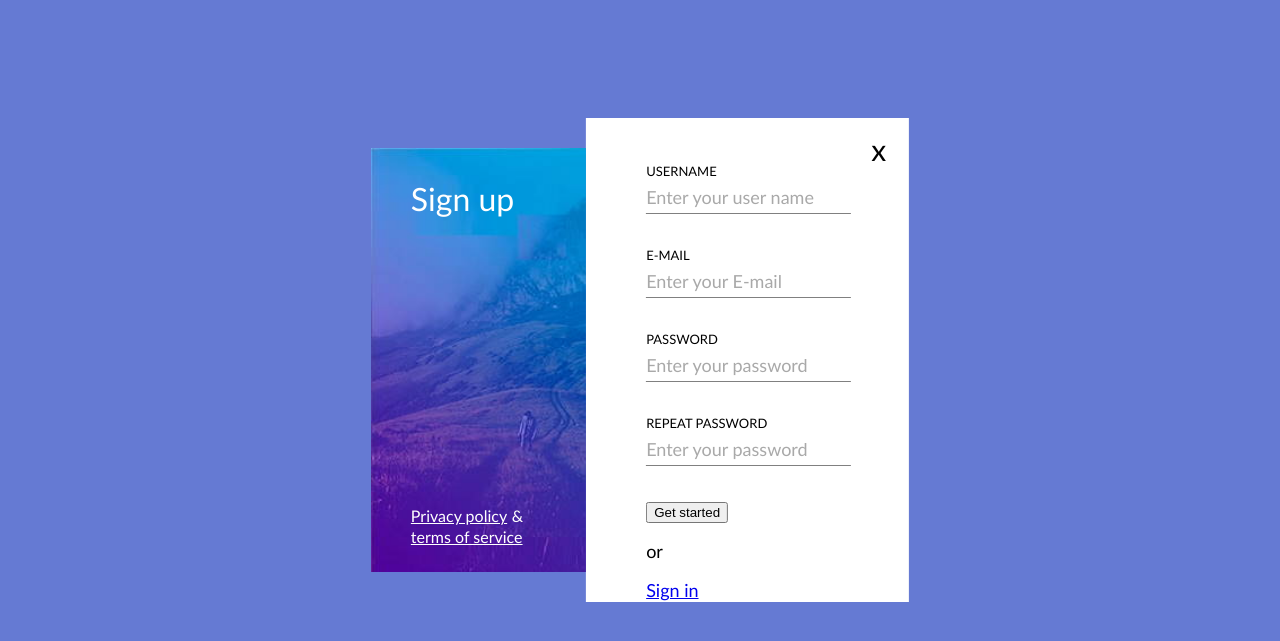
Repository: motiejus1/11-paskaita-adobexd-registracija
Page: index.html
The author's editor kept a copy of each file at every save. The page is drawn from the files as they stood at one save, then again after a run of saves.
The browser window is 1280 px wide. The pictures show the whole page.

Above is the page before, as saved 2021-06-17 20:30:43.

After the next 2 saves:
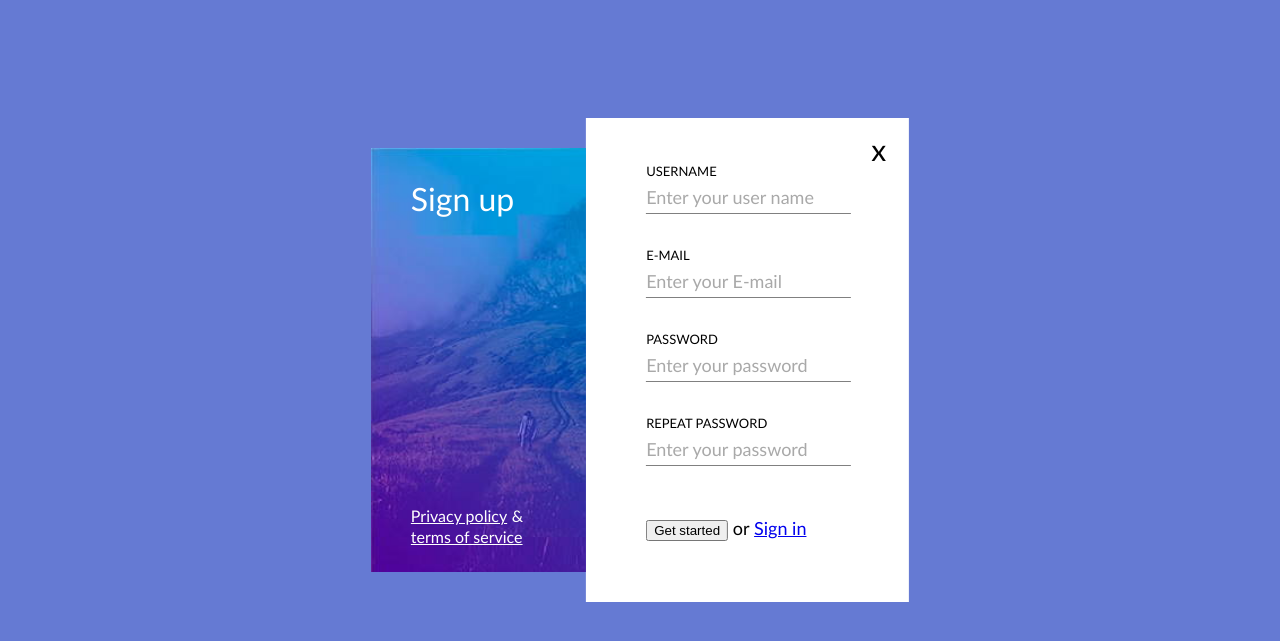
The 2 saves are shown as one change because they came seconds apart.
The last was saved 27 s later.
--- a/index.html
+++ b/index.html
@@ -131,7 +131,7 @@
             color:#808080;
         }
 
-        .right-column-bottom-action button, right-column-bottom-action p, right-column-bottom-action a {
+        .right-column-bottom-action button, .right-column-bottom-action p, .right-column-bottom-action a {
             display:inline-block;
         }
 
